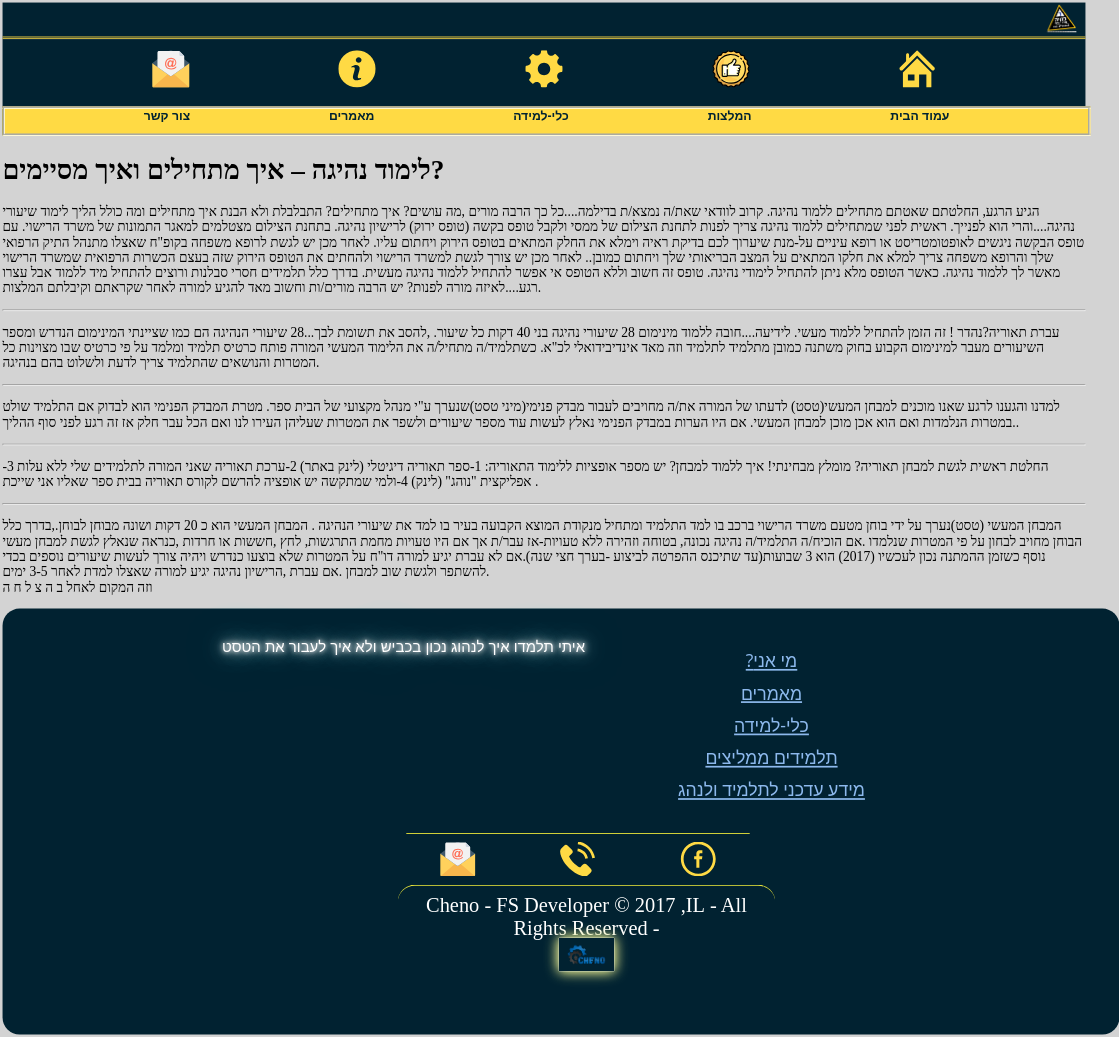
Repository: ChenGinsberg/BatyaLamed-site
Page: article/article.html
An editor plug-in stored every save of this project. The page is shown before and after the next save, followed by the edit.
The browser window is 1280 px wide. The page is 1317 px wide, so the pictures cover 1317 px, including what lies to the right of the window. The pictures show the whole page, at 85% of full size.

Above is the page before, as saved 2017-11-26 12:21:05.

After the next save:
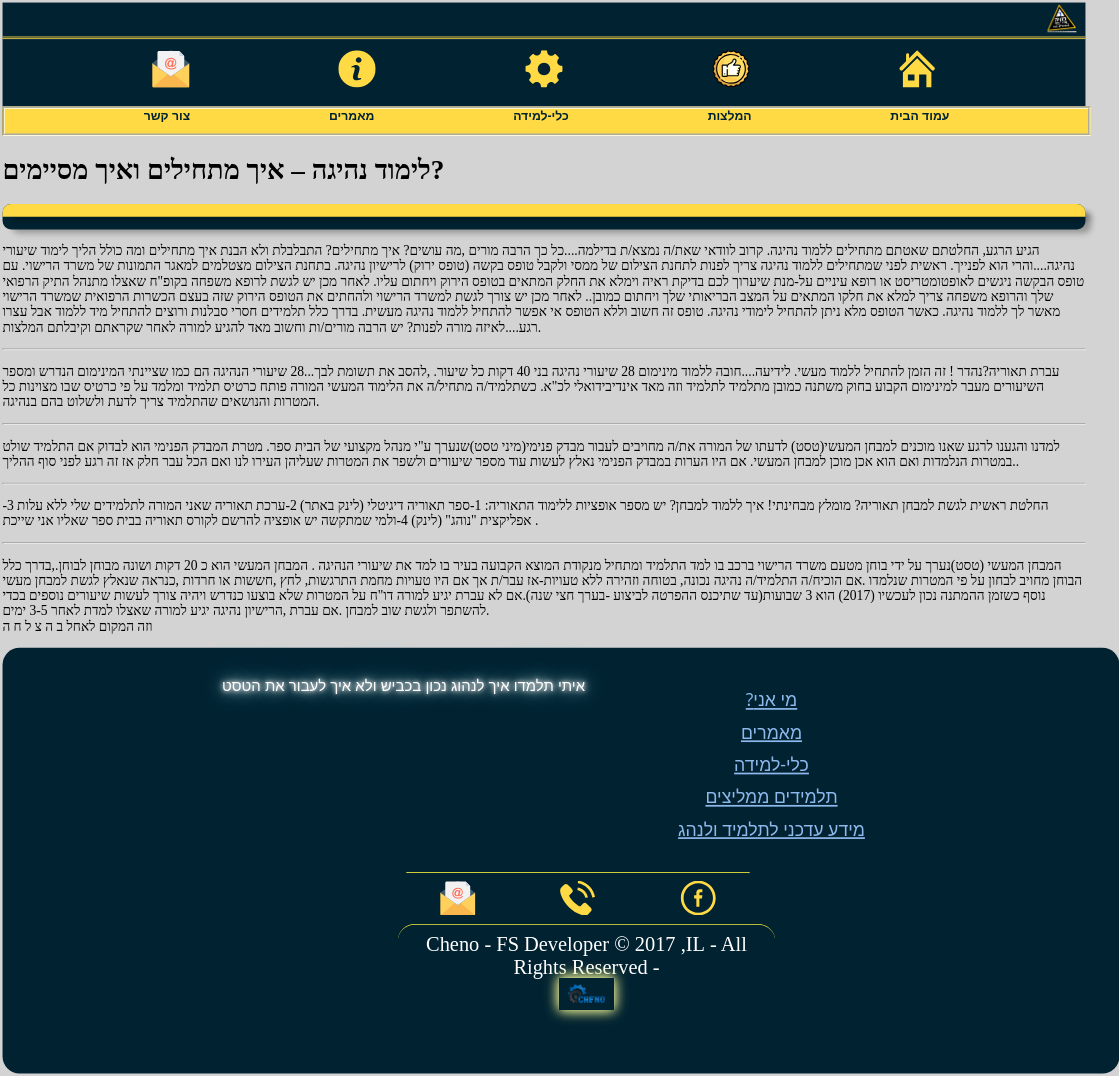
Saved 30 s later.
--- a/article/article.html
+++ b/article/article.html
@@ -47,7 +47,9 @@
     </nav>
 
     <h1>לימוד נהיגה – איך מתחילים ואיך מסיימים?</h1>
-
+    <div class="blueHR">
+        <div class="yellowHR"></div>
+    </div>
     <p> הגיע הרגע, החלטתם שאטתם מתחילים ללמוד נהיגה. קרוב לוודאי שאת/ה נמצא/ת בדילמה....כל כך הרבה מורים ,מה עושים? איך מתחילים?
         התבלבלת ולא הבנת איך מתחילים ומה כולל הליך לימוד שיעורי נהיגה....והרי הוא לפנייך. ראשית לפני שמתחילים ללמוד נהיגה
         צריך לפנות לתחנת הצילום של ממסי ולקבל טופס בקשה (טופס ירוק) לרישיון נהיגה. בתחנת הצילום מצטלמים למאגר התמונות של
